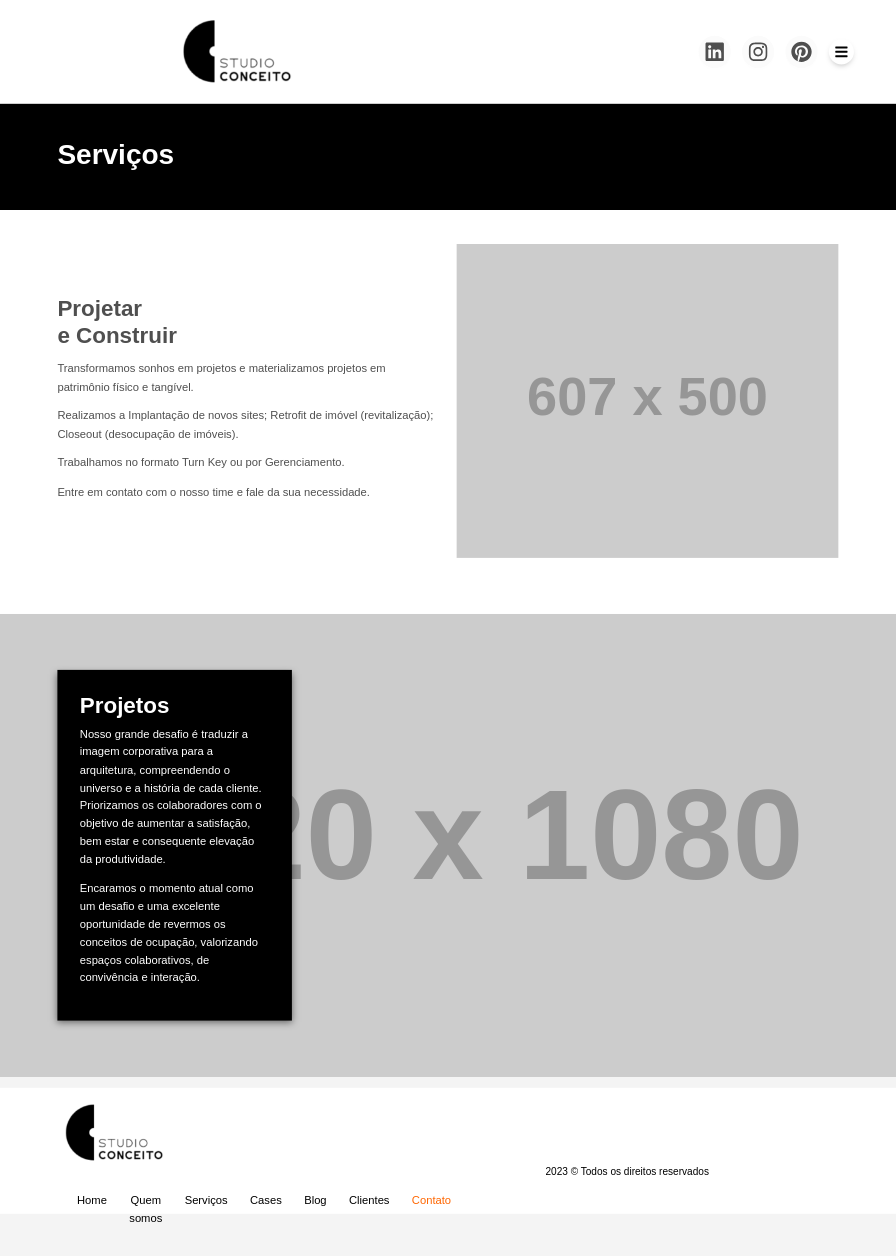
Repository: Upstairs-Agencia/studio-conceito-react
Page: /servicos
The author's editor kept a copy of each file at every save. The page is drawn from the files as they stood at one save, then again after the next save.
The browser window is 1280 px wide. The pictures show the whole page, at 70% of full size.
The project was rebuilt for these pictures with package versions that can differ from the ones it lists, and the page was loaded fresh each time. Also part of the build but not shown: src/pages/Home.js, src/pages/QuemSomos.js, src/pages/Cases.js, src/pages/Blog.js, src/pages/Clientes.js, src/pages/Contato.js.

Above is the page before, as saved 2024-12-28 03:21:40.

### public/index.html
<!DOCTYPE html>
<html lang="en">
  <head>
    <meta charset="utf-8" />
    <link rel="icon" href="%PUBLIC_URL%/favicon.ico" />
    <meta name="viewport" content="width=device-width, initial-scale=1" />
    <meta name="theme-color" content="#000000" />
    <meta
      name="description"
      content="Web site created using create-react-app"
    />
    <link rel="apple-touch-icon" href="%PUBLIC_URL%/logo192.png" />
    <!--
      manifest.json provides metadata used when your web app is installed on a
      user's mobile device or desktop. See https://developers.google.com/web/fundamentals/web-app-manifest/
    -->
    <link rel="manifest" href="%PUBLIC_URL%/manifest.json" />
    <!--
      Notice the use of %PUBLIC_URL% in the tags above.
      It will be replaced with the URL of the `public` folder during the build.
      Only files inside the `public` folder can be referenced from the HTML.

      Unlike "/favicon.ico" or "favicon.ico", "%PUBLIC_URL%/favicon.ico" will
      work correctly both with client-side routing and a non-root public URL.
      Learn how to configure a non-root public URL by running `npm run build`.
    -->
    <title>Studio Conceito</title>
  </head>
  <body>
    <noscript>You need to enable JavaScript to run this app.</noscript>
    <div id="root"></div>
    <!--
      This HTML file is a template.
      If you open it directly in the browser, you will see an empty page.

      You can add webfonts, meta tags, or analytics to this file.
      The build step will place the bundled scripts into the <body> tag.

      To begin the development, run `npm start` or `yarn start`.
      To create a production bundle, use `npm run build` or `yarn build`.
    -->
  </body>
</html>

### src/index.js

import React from 'react';
import ReactDOM from 'react-dom';
import App from './App';
import 'mdb-react-ui-kit/dist/css/mdb.min.css'; // MDB styles
import './index.css'; // Global styles

ReactDOM.render(
  <React.StrictMode>
    <App />
  </React.StrictMode>,
  document.getElementById('root')
);

### src/App.js

import React from 'react';
import { BrowserRouter as Router, Routes, Route } from 'react-router-dom';
import Home from './pages/Home';
import QuemSomos from './pages/QuemSomos';
import Servicos from './pages/Servicos';
import Cases from './pages/Cases';
import Blog from './pages/Blog';
import Clientes from './pages/Clientes';
import Contato from './pages/Contato';

function App() {
  return (
    <Router>
      <Routes>
        <Route path="/" element={<Home />} />
        <Route path="/quem-somos" element={<QuemSomos />} />
        <Route path="/servicos" element={<Servicos />} />
        <Route path="/cases" element={<Cases />} />
        <Route path="/blog" element={<Blog />} />
        <Route path="/clientes" element={<Clientes />} />
        <Route path="/contato" element={<Contato />} />
      </Routes>
    </Router>
  );
}

export default App;

### src/index.css

body {
  margin: 0;
  font-family: Arial, sans-serif;
  background-color: #f4f4f4;
}

### src/pages/Servicos.js
import React from 'react';
import { MDBContainer, MDBRow, MDBCol } from 'mdb-react-ui-kit';
import Navbar from '../components/navbar';
import Footer from '../components/footer';

const placeholderImage1 = 'https://placehold.co/607x500'; // Imagem ao lado do texto
const placeholderImage2 = 'https://placehold.co/1920x1080'; // Imagem de fundo

const Servicos = () => {
  return (
    <div>
      <Navbar />

      {/* Seção de cabeçalho do Blog */}
        <section className="bg-black text-white py-5" style={{ Width: '500px'}}>
            <MDBContainer >
            <MDBRow
            className="align-items-center"
            >
                <MDBCol md="6">
                <h1 className="fw-bold">Serviços</h1>
                </MDBCol>
            </MDBRow>
            </MDBContainer>
        </section>

      {/* Sessão Projetar e Construir */}
      <section className="py-5 bg-white">
        <MDBContainer>
          <MDBRow className="align-items-center">
            <MDBCol md="6" className="mb-4">
              <h2 className="fw-bold mb-3">Projetar<br />e Construir</h2>
              <p>
                Transformamos sonhos em projetos e materializamos projetos em patrimônio físico e tangível.
              </p>
              <p>
                Realizamos a Implantação de novos sites; Retrofit de imóvel (revitalização); Closeout (desocupação de imóveis).
              </p>
              <p>
                Trabalhamos no formato Turn Key ou por Gerenciamento.
              </p>
              <p>
                Entre em contato com o nosso time e fale da sua necessidade.
              </p>
            </MDBCol>
            <MDBCol md="6">
              <img
                src={placeholderImage1}
                alt="Projetar e Construir"
                style={{ width: '100%', height: 'auto', marginBottom: '2rem' }}
              />
            </MDBCol>
          </MDBRow>
        </MDBContainer>
      </section>

      {/* Sessão Projetos */}
      <section
        style={{
          backgroundImage: `url(${placeholderImage2})`,
          backgroundSize: 'cover',
          backgroundPosition: 'center',
          padding: '5rem 0',
        }}
      >
        <MDBContainer>
          {/* Retângulo com texto */}
          <div
            style={{
              backgroundColor: "black",
              color: "white",
              padding: "2rem",
              width: "30%",
              bottom: "4rem", // Faz o retângulo subir sobre a imagem de fundo
              left: "2rem", // Margem à esquerda
              height: "auto", // Aumenta a altura com base no conteúdo
              boxShadow: "0px 4px 10px rgba(0, 0, 0, 0.5)", // Para criar um efeito de profundidade
            }}
          >
            <h2 className="fw-bold">Projetos</h2>
            <p>
              Nosso grande desafio é traduzir a imagem corporativa para a arquitetura, compreendendo o universo e a história de cada cliente. Priorizamos os colaboradores com o objetivo de aumentar a satisfação, bem estar e consequente elevação da produtividade.
            </p>
            <p>
              Encaramos o momento atual como um desafio e uma excelente oportunidade de revermos os conceitos de ocupação, valorizando espaços colaborativos, de convivência e interação.
            </p>
          </div>
        </MDBContainer>
      </section>

      <Footer />
    </div>
  );
};

export default Servicos;

### src/components/navbar.js
import React, { useState } from "react";

import Logo from "../images/logoBlack.png";

import {
  MDBNavbar,
  MDBNavbarBrand,
  MDBContainer,
} from "mdb-react-ui-kit";
import { FaLinkedin, FaInstagram, FaPinterest, FaBars } from "react-icons/fa";
import { IoIosClose } from "react-icons/io";
import { Link } from "react-router-dom";

import SeloGptw from "../images/selo-gptw.png";

const Navbar = () => {
  const [showMenu, setShowMenu] = useState(false);

  return (
    <>
      {/* Navbar */}
      <MDBNavbar dark bgColor="white" className="py-4 px-5">
        <MDBContainer fluid className="d-flex justify-content-between align-items-center">
          {/* Logo */}
          <MDBNavbarBrand href="#" className="ms-5">
            <img
              src={Logo}
              alt="Logo"
              style={{ maxHeight: "90px", marginLeft: "12vw"}}
            />
          </MDBNavbarBrand>

          {/* Social Icons and Menu Toggle */}
          <div className="d-flex align-items-center">
            {/* Social Icons */}
            <div className="d-flex gap-3 me-3">
              <button className="btn btn-light rounded-circle p-2">
                <FaLinkedin size={30} />
              </button>
              <button className="btn btn-light rounded-circle p-2">
                <FaInstagram size={30} />
              </button>
              <button className="btn btn-light rounded-circle p-2">
                <FaPinterest size={30} />
              </button>
            </div>

            {/* FaBars Icon for Sidebar */}
            <button
              className="btn rounded-circle p-2"
              style={{
                background: "none",
                border: "none",
                cursor: "pointer",
              }}
              onClick={() => setShowMenu(!showMenu)}
            >
              <FaBars size={20} color="black" />
            </button>
          </div>
        </MDBContainer>
      </MDBNavbar>

      {/* Sidebar Menu */}
      {showMenu && (
        <div
          className="position-fixed top-0 end-0 bg-white vh-100 vw-350 shadow-lg d-flex flex-column"
          style={{ zIndex: 1050, width: "500px" }}
        >
          <div className="d-flex justify-content-end p-3">
            {/* Close Button */}
            <button
              className="p-0"
              style={{
                background: "none",
                border: "none",
                cursor: "pointer",
              }}
              onClick={() => setShowMenu(false)}
            >
              <IoIosClose size={40} />
            </button>
          </div>





          <div className="p-4 flex-grow-1">
            {/* Menu Items */}
            <ul className="list-unstyled">
              {[
                { label: "Home", link: "/" },
                { label: "Quem somos", link: "/quem-somos" },
                { label: "Serviços", link: "/servicos" },
                { label: "Cases", link: "/cases" },
                { label: "Blog", link: "/blog" },
                { label: "Clientes", link: "/clientes" },
                { label: "Contato", link: "/contato" },
              ].map((item, index) => (
                <li key={index} className="py-2">
                  <Link
                    to={item.link}
                    className="text-decoration-none fs-6"
                    style={{
                      transition: "all 0.3s ease-in-out", // Transição suave
                      color:"black"
                    }}
                    onMouseOver={(e) => {
                      e.currentTarget.style.color = "#FF7F30"; // Altera a cor
                      e.currentTarget.style.fontWeight = "bold"; // Negrito
                    }}
                    onMouseOut={(e) => {
                      e.currentTarget.style.color = "black"; // Retorna à cor original
                      e.currentTarget.style.fontWeight = "normal"; // Retira o negrito
                    }}
                  >
                    {item.label}
                  </Link>
                </li>
              ))}
            </ul>
          </div>



          {/* Footer Section */}
          <div className="d-flex justify-content-between align-items-center px-4 pb-4">
            {/* Social Icons */}
            <div className="d-flex gap-3">
              <button className="btn btn-dark rounded-circle p-2">
                <FaLinkedin size={20} color="white" />
              </button>
              <button className="btn btn-dark rounded-circle p-2">
                <FaInstagram size={20} color="white" />
              </button>
              <button className="btn btn-dark rounded-circle p-2">
                <FaPinterest size={20} color="white" />
              </button>
            </div>

            {/* Placeholder Image */}
            <img
              src={SeloGptw}
              alt="Great Place to Work"
              style={{ maxHeight: "200px", marginBottom: "4rem" }}
            />
          </div>
        </div>
      )}
    </>
  );
};

export default Navbar;

### src/components/footer.js
import React from "react";
import { MDBFooter, MDBContainer, MDBRow, MDBCol } from "mdb-react-ui-kit";
import Logo from "../images/logoBlack.png";
import "../styles/footer.css";

const Footer = () => {
  return (
    <MDBFooter className="footer-container text-center text-white">
      <MDBContainer className="p-4 footer-content">

        <MDBRow className="content-signature">
            {/* Logo e Nome */}
            <MDBCol md="4" className="mb-4 footer-left">
                <img
                    src={Logo}
                    alt="Studio Conceito Logo"
                    className="footer-logo"
                />

                {/* Navegação */}
                <MDBCol md="4" className="mb-3 footer-center">
                    <nav className="footer-nav">
                        <a href="/">Home</a>
                        <a href="/quem-somos"> Quem somos </a>
                        <a href="/servicos">Serviços</a>
                        <a href="/cases">Cases</a>
                        <a href="/blog">Blog</a>
                        <a href="/clientes">Clientes</a>
                        <a href="/contato" className="footerHighlight">
                            Contato
                        </a>
                    </nav>
                </MDBCol>

            </MDBCol>

            {/* Direitos Reservados */}
            <MDBCol md="4" className="mb-4 footer-right">
                <p className="mb-0">2023 &copy; Todos os direitos reservados</p>
            </MDBCol>

        </MDBRow>



      </MDBContainer>
    </MDBFooter>
  );
};

export default Footer;

### src/styles/footer.css
.footer-container {
    background-color: white;
    height: 25vh !important; /* Ocupa 30% da altura da tela */
    display: flex;
    justify-content: center;
    align-items: center;
    color: black;
    font-family: Arial, sans-serif;
    margin: 1rem 0;
  }

  .footer-content {
    height: 100%; /* Garante que o conteúdo ocupe toda a altura do footer */
  }

  .content-signature{
    display: flex;
    flex-direction: row;
  }

  .footer-left {
    display: flex;
    flex-direction: column;
  }

  .footer-logo {
    max-width: 40%; /* Aumenta a imagem para 40% de seu tamanho */
    margin-bottom: 10px;
  }


  .footer-center {
    text-align: center;
    margin: 2rem 0;
  }

  .footer-nav{
    display: flex;
    flex-direction: row;
    justify-content: space-around;
    width:35vw;

  }

  .footerHighlight {
    color: #ff6600 !important;
  }

  .footer-nav a {
    margin: 1px 1rem;
    text-decoration: none;
    color: #000;
    font-size: 1rem;
    transition: color 0.3s ease;
  }

  .footer-nav a:hover {
    color: #ff6600;
  }



  .footer-right {
    text-align: center;
    display: flex;
    justify-content: center;
    align-items: center;
    margin-left: 20vw;
    font-size: 0.9rem;
    color: #000;
  }

After the next save:
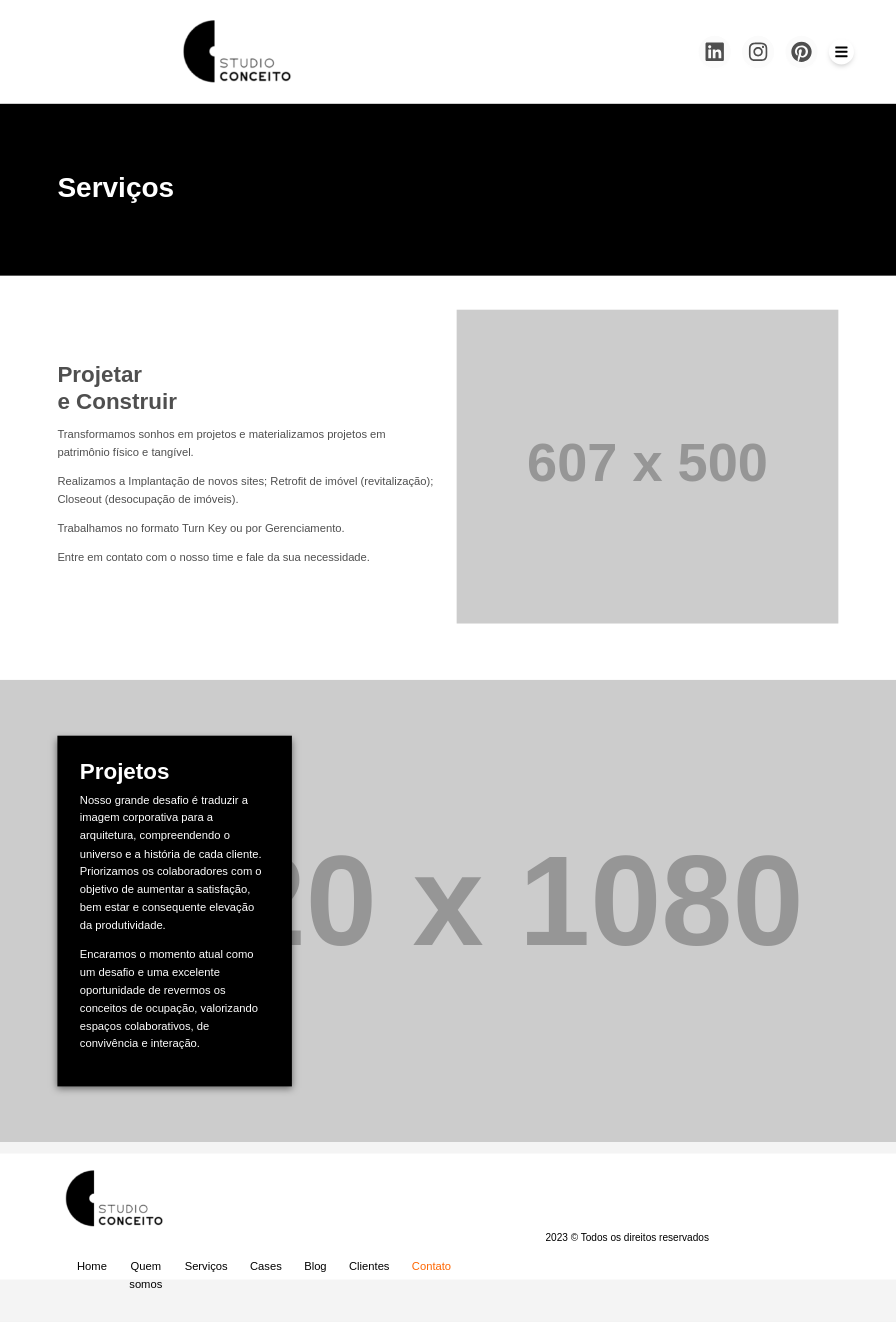
Saved 16 s later.
--- a/src/pages/Servicos.js
+++ b/src/pages/Servicos.js
@@ -12,11 +12,11 @@ const Servicos = () => {
       <Navbar />
 
       {/* Seção de cabeçalho do Blog */}
-        <section className="bg-black text-white py-5" style={{ Width: '500px'}}>
-            <MDBContainer >
+        <section className="bg-black text-white py-5">
+            <MDBContainer>
             <MDBRow
             className="align-items-center"
-            >
+            style={{ height: '150px'}}>
                 <MDBCol md="6">
                 <h1 className="fw-bold">Serviços</h1>
                 </MDBCol>
